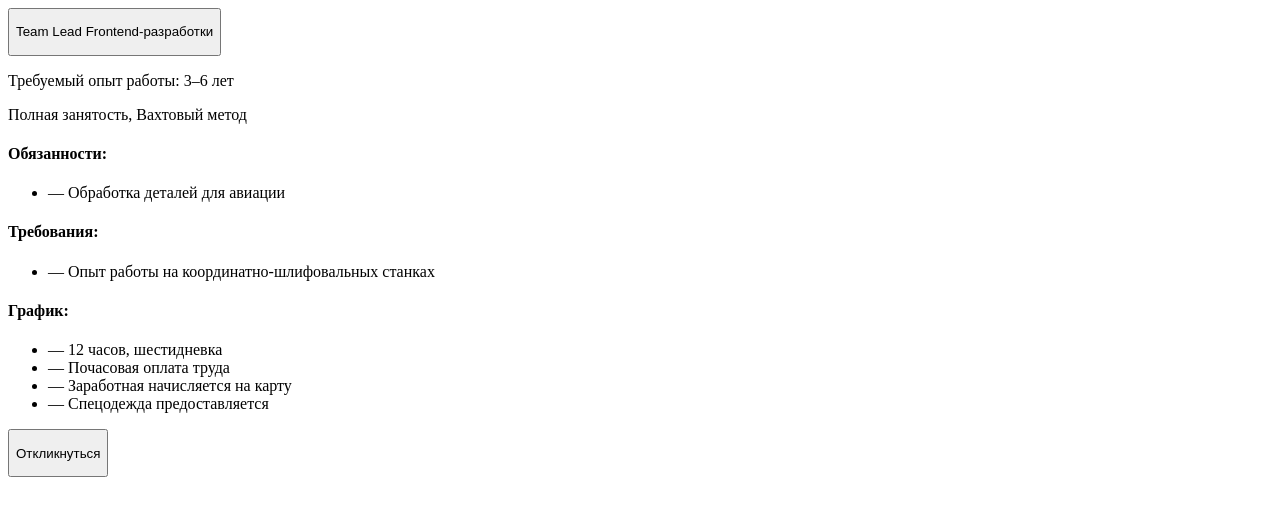
Repository: the-ASAP/AsapVerstka
Page: src/components/accordion.html
These files come from the project's save history. The page is drawn as it stood at one moment and after the next save; the edit follows.
The browser window is 1280 px wide. The pictures show the whole page.

Above is the page before, as saved 2021-07-28 10:13:53.

### src/components/accordion.html
<button class="profession__accordion">
    <p>
        Team Lead Frontend-разработки
    </p>
</button>
<div class="profession__info">
    <p class="profession__text">Требуемый опыт работы: 3–6 лет </p>
    <p class="profession__text">Полная занятость, Вахтовый метод</p>

    <h4 class="profession__subtitle">Обязанности:</h4>
    <ul class="profession__list">
        <li>
            — Обработка деталей для авиации
        </li>
    </ul>
    <h4 class="profession__subtitle">Требования:</h4>
        <ul class="profession__list">
            <li>
                — Опыт работы на координатно-шлифовальных станках
            </li>
        </ul>
    <h4 class="profession__subtitle">График:</h4>
    <ul class="profession__list">
        <li>
            — 12 часов, шестидневка
        </li>
        <li>
            — Почасовая оплата труда
        </li>
        <li>
            — Заработная начисляется на карту
        </li>
        <li>
            — Спецодежда предоставляется
        </li>
    </ul>

    <button type="button" class="profession__endButton">
        <p>Откликнуться</p>
    </button>
</div>

After the next save:
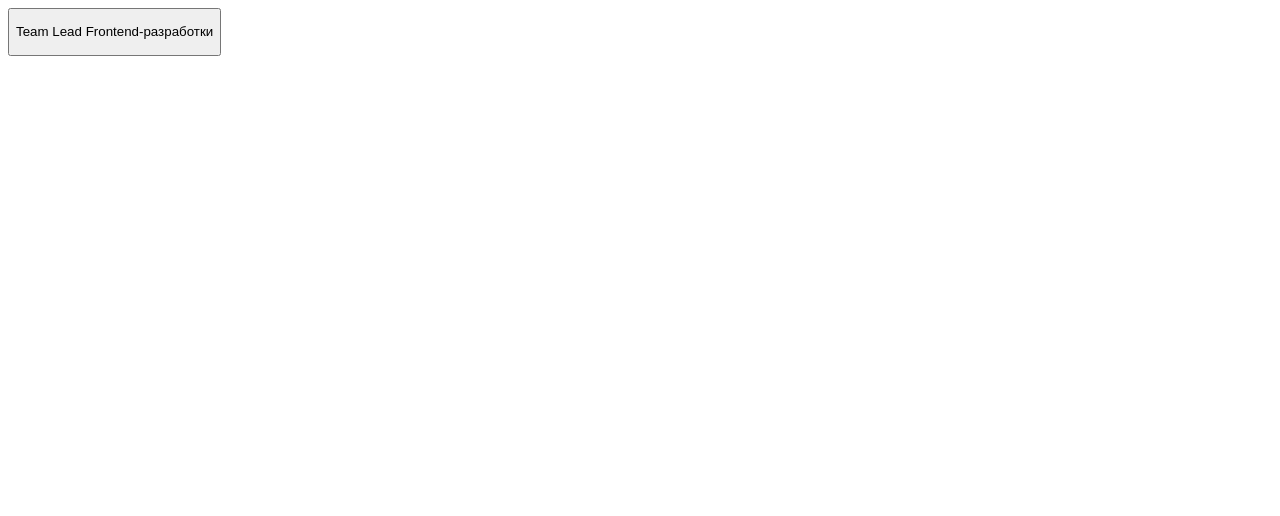
Saved 39 s later.
--- a/src/components/accordion.html
+++ b/src/components/accordion.html
@@ -3,39 +3,3 @@
         Team Lead Frontend-разработки
     </p>
 </button>
-<div class="profession__info">
-    <p class="profession__text">Требуемый опыт работы: 3–6 лет </p>
-    <p class="profession__text">Полная занятость, Вахтовый метод</p>
-
-    <h4 class="profession__subtitle">Обязанности:</h4>
-    <ul class="profession__list">
-        <li>
-            — Обработка деталей для авиации
-        </li>
-    </ul>
-    <h4 class="profession__subtitle">Требования:</h4>
-        <ul class="profession__list">
-            <li>
-                — Опыт работы на координатно-шлифовальных станках
-            </li>
-        </ul>
-    <h4 class="profession__subtitle">График:</h4>
-    <ul class="profession__list">
-        <li>
-            — 12 часов, шестидневка
-        </li>
-        <li>
-            — Почасовая оплата труда
-        </li>
-        <li>
-            — Заработная начисляется на карту
-        </li>
-        <li>
-            — Спецодежда предоставляется
-        </li>
-    </ul>
-
-    <button type="button" class="profession__endButton">
-        <p>Откликнуться</p>
-    </button>
-</div>

After the save that followed:
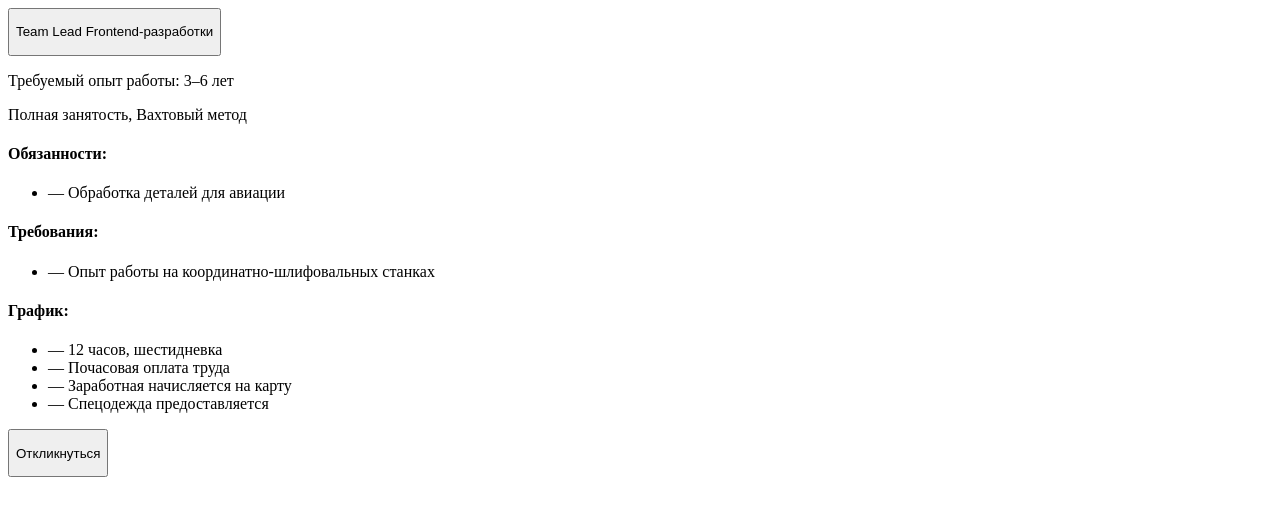
Saved 9 s later.
--- a/src/components/accordion.html
+++ b/src/components/accordion.html
@@ -3,3 +3,39 @@
         Team Lead Frontend-разработки
     </p>
 </button>
+<div class="profession__info">
+    <p class="profession__text">Требуемый опыт работы: 3–6 лет </p>
+    <p class="profession__text">Полная занятость, Вахтовый метод</p>
+
+    <h4 class="profession__subtitle">Обязанности:</h4>
+    <ul class="profession__list">
+        <li>
+            — Обработка деталей для авиации
+        </li>
+    </ul>
+    <h4 class="profession__subtitle">Требования:</h4>
+        <ul class="profession__list">
+            <li>
+                — Опыт работы на координатно-шлифовальных станках
+            </li>
+        </ul>
+    <h4 class="profession__subtitle">График:</h4>
+    <ul class="profession__list">
+        <li>
+            — 12 часов, шестидневка
+        </li>
+        <li>
+            — Почасовая оплата труда
+        </li>
+        <li>
+            — Заработная начисляется на карту
+        </li>
+        <li>
+            — Спецодежда предоставляется
+        </li>
+    </ul>
+
+    <button type="button" class="profession__endButton">
+        <p>Откликнуться</p>
+    </button>
+</div>
